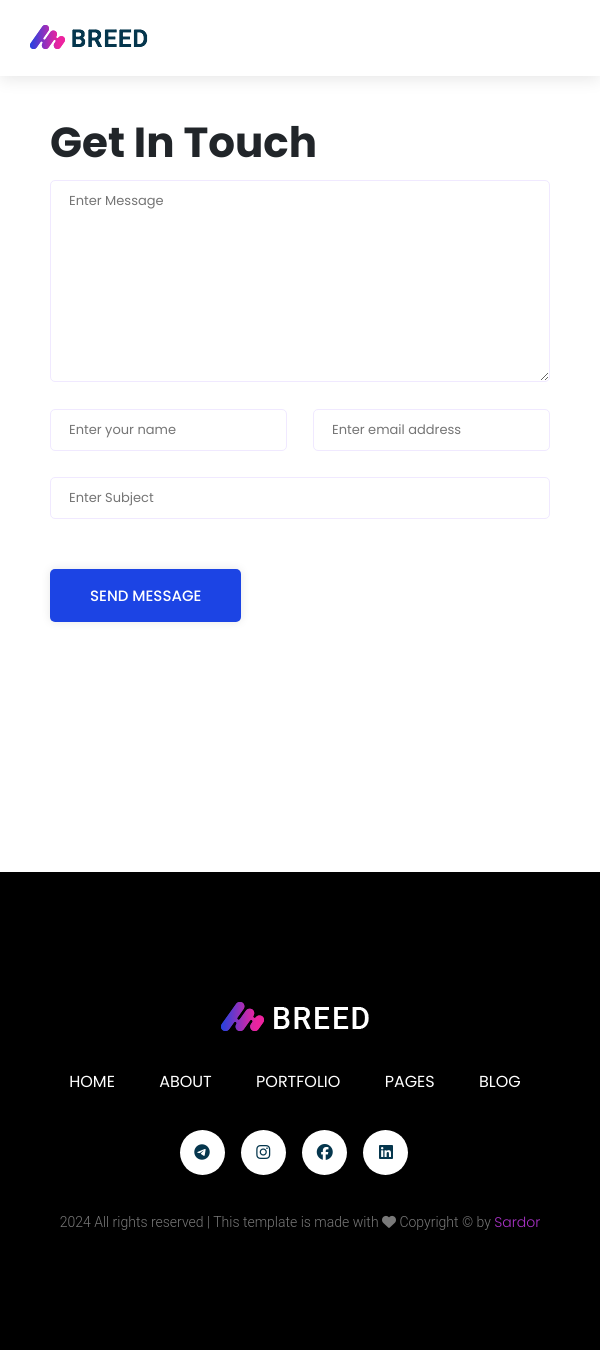
Repository: whoami2991/Sardorbek-Portfolio---Home
Page: contact.html
These files come from the project's save history. The page is drawn as it stood at one moment and after the next save; the edit follows.
The browser window is 600 px wide. The pictures show the whole page.

Above is the page before, as saved 2024-08-02 16:32:29.

### contact.html
<!DOCTYPE html>
<html lang="en">
<head>
    <meta charset="UTF-8">
    <meta name="viewport" content="width=device-width, initial-scale=1.0">
    <title>Portfolio - Contact</title>
    <link rel="stylesheet" href="shared.css">
    <link rel="stylesheet" href="contact.css">
    <link rel="stylesheet" href="https://cdnjs.cloudflare.com/ajax/libs/font-awesome/6.5.1/css/all.min.css" integrity="sha512-DTOQO9RWCH3ppGqcWaEA1BIZOC6xxalwEsw9c2QQeAIftl+Vegovlnee1c9QX4TctnWMn13TZye+giMm8e2LwA==" crossorigin="anonymous" referrerpolicy="no-referrer" />
    <link rel="icon" href="icons8-briefcase-94.png" type="image/png">
    <link href='https://unpkg.com/boxicons@2.1.4/css/boxicons.min.css' rel='stylesheet'>
</head>
<body>
    <!--Header section-->
    <header class="main-header">
        <div class="wrapper">
            <div class="brand">
                <a href="index.html">
                    <img src="logo.png" alt="logo">
                </a>
            </div>
            <nav class="main-navigation">
                <ul class="main-navigation__items">
                    <li class="main-navigation__item">
                        <a href="/index.html">Home</a>
                    </li>
                    <li class="main-navigation__item">
                        <a href="#">About</a>
                    </li>
                    <li class="main-navigation__item">
                        <a href="#">Portfolio</a>
                    </li>
                    <li class="main-navigation__item">
                        <a href="#">Pages</a>
                    </li>
                    <li class="main-navigation__item">
                        <a href="#">Blog</a>
                    </li>
                    <li class="main-navigation__item">
                        <a href="#">Contact</a>
                    </li>
                </ul>
            </nav>
        </div>
    </header>
    <div class="wrapper">
        <section class="contact">
            <div class="section-title">Get in Touch</div>
            <form action="/server.php" method="get">
                <textarea name="message" id="message" cols="30" rows="9" placeholder="Enter Message"></textarea>
                <div class="half-row contact_firstname">
                    <input type="text" placeholder="Enter your name" name="firsname">
                </div>
                <div class="half-row contact_email">
                    <input type="email" placeholder="Enter email address" name="email">
                </div>
                <input class="input_enter" type="text" placeholder="Enter Subject" name="subject">
                <button class="button to-uppercase contact_send" type="submit">Send message</button>
            </form>
        </section>
    </div>
    <!--Footer section-->
    <footer class="footer-area">
        <div class="wrapper">
            <section class="footer">
                <div class="footer-logo">
                    <a href="#">
                        <img src="logo2.png" alt="footer logo">
                    </a>
                    <div class="footer-nav">
                        <nav class="footer-main_nav">
                            <ul class="footer-main_nav-items">
                                <li class="nav-item">
                                    <a href="#">Home</a>
                                </li>
                                <li class="nav-item">
                                    <a href="#">about</a>
                                </li>
                                <li class="nav-item">
                                    <a href="#">portfolio</a>
                                </li>
                                <li class="nav-item">
                                    <a href="#">pages</a>
                                </li>
                                <li class="nav-item">
                                    <a href="#">blog</a>
                                </li>
                            </ul>
                        </nav>
                    </div>

                </div>
                <div class="footer-social">
                    <a href="https://t.me/ism018"><i class="fa-brands fa-telegram"></i></a>
                    <a href="https://www.instagram.com/imsard0r/" class="social-instagram_color"><i class="fa-brands fa-instagram"></i></a>
                    <a href="https://www.facebook.com/sardorbek.ismoilov.545/"><i class="fa-brands fa-facebook"></i></a>
                    <a href="https://www.linkedin.com/in/sardor-ismoilov/"><i class="fa-brands fa-linkedin"></i></a>
                </div>
                    <div class="footer-bottom">
                        <p class="col-lg-8 col-sm-12 footer-text"><script>document.write(new Date().getFullYear());</script> All rights reserved | This template is made with <i class="fa fa-heart" aria-hidden="true"></i>
                            Copyright © by <a href="https://t.me/ism018" target="_blank">Sardor</a>
                        </p>
                    </div>
            </section>
        </div>
    </footer>
</body>
</html>

### shared.css
@import url("https://fonts.googleapis.com/css2?family=Poppins:wght@300;400;500;600;700;800;900&display=swap");
/*===============Core styles===============*/
* {
    font-family: "Poppins", sans-serif;
    box-sizing: border-box;
}
body{

    margin: 0;
}
.wrapper{
    width: 1110px;
    margin: 0 auto;
}
.section-subtitle{
    letter-spacing: 2px;
    font-weight: 500;
    color: #797979;
    text-transform: uppercase;
    margin: 5px 0 0;
    font-size: 15px;
    font-weight: 600;
}
.section-title{
    font-size: 42px;
    font-weight: 700;
    text-transform: capitalize;
    color: #212529;
    margin: 15px 0 0 0;
    line-height: 55px;
}

.blur-line{
    display: inline-block;
    vertical-align: middle;
    margin-left: 5px;
    width: 80px;
    height: 4px;
    background: rgba(237,35,159,0.6);
    filter: blur(4px);
}
.button{
    border: none;
    background-color: #1c44e4;
    color: #fff;
    font-weight: 500;
    font-size: 15px;
    padding: 15px 40px;
    cursor: pointer;
    border-radius: 5px;
    box-shadow: 0 0 10px rgba(0, 0, 0, 0.1);
    -webkit-transition-duration: 0.3;
    transition-duration: 0.3;
    -webkit-transition-property: box-shadow, transform;
    transition-property: box-shadow, transform;
}
.button:hover, .button:focus, button:active{
    box-shadow: 0 0 20px rgba(0, 0, 0, 0.5);
    -webkit-transform: scale(1.1);
    transform: scale(1.1);
}
.to-uppercase{
    text-transform: uppercase;
}
.clearfix{
    clear: both;
}
/*===============Header styles==============*/
.main-header{
    position: fixed;
    z-index: 10;
    background-color: #fff;
    width: 100%;
    top: 0;
    left: 0;
    box-shadow: 0px 3px 16px 0px rgb(0 0 0 / 10%);
}
.brand {
    display: inline-block;
    margin-top: 25px;
    border-style: none;
    margin-right: 60px;
}
.main-navigation{
    display: inline-block;
    vertical-align: top;
    padding-top: 5px;
}
.main-navigation__item{
    display: inline-block;
    padding: 5px 15px;
}
.main-navigation__item a{
    color: #05364D;
    text-decoration: none;
    font-weight: 500;
    text-transform: uppercase;
    transition: 0.5s;
}
.main-navigation__item a:hover{
    color: #1c44e4;
}
/*==============Footer section styles=================*/
.footer-area{
    margin-top: 150px;
    padding-top: 130px;
    background-color: #000;
}
.footer-logo{
    text-align: center;
    display: block;
    margin-left: -10px;
}
.footer-nav{
    padding-top: 15px;
}
.footer-main_nav{
    text-decoration: none;
    margin-left: -40px;
}
.footer-main_nav-items{
    list-style: none;
    display: inline-block;
}
.footer-main_nav-items li{
    display: inline-block;
    padding: 0 20px 0;
}
.footer-main_nav-items a{
    display: inline-block;
    text-transform: uppercase;
    text-decoration: none;
    color: #fff;
}
.footer-social {
    padding: 20px;
    align-items: center;
    text-align: center;
}
.footer-social a{
    display: inline-block;
    width: 45px;
    height: 45px;
    line-height: 45px;
    text-align: center;
    background: #ffffff;
    border-radius: 36px;
    color: #05364d;
    font-size: 16px;
    margin-right: 12px
}
.footer-social a:hover{
    transition: 0.4s;
    background: linear-gradient(90deg, #1345e6 0%, #ed239f 100%);
    color: #fff;
}
.footer-bottom{
    padding-top: 0px;
    padding-bottom: 100px;
}
.footer-bottom p{
    text-align: center;
    font-size: 14px;
    line-height: 27px;
    font-weight: 300;
    font-family: "Roboto",sans-serif;
    color: #797979;
}
.footer-bottom a{
    color: #a932c7;
    text-decoration: none;
}

@media only screen and (max-width: 767px) {
    .wrapper{
        width: 90%;
    }
    .main-navigation{
        display: none;
    }
    .brand{
        margin-bottom: 20px;
    }
}

### contact.css
.contact{
    padding: 100px 20px;
}
textarea, input{
    width: 100%;
    padding: 10px;
    margin-bottom: 10px;
    margin-top: 10px;
    border: 1px solid #f0e9ff;
    border-radius: 5px;
    padding-left: 18px;
    font-size: 13px;
    background: transparent;
    color: #495057;
}
.input_enter{
    margin-top: 16px;
}
textarea:focus,
input:focus{
    outline: 0;
}
.half-row{
    width: 50%;
    float: left;
    box-sizing: border-box;
}
.contact_firstname{
    padding-right: 13px;
}
.contact_email{
    padding-left: 13px;
}
.contact_send{
    margin-top: 40px;

}

After the next save:
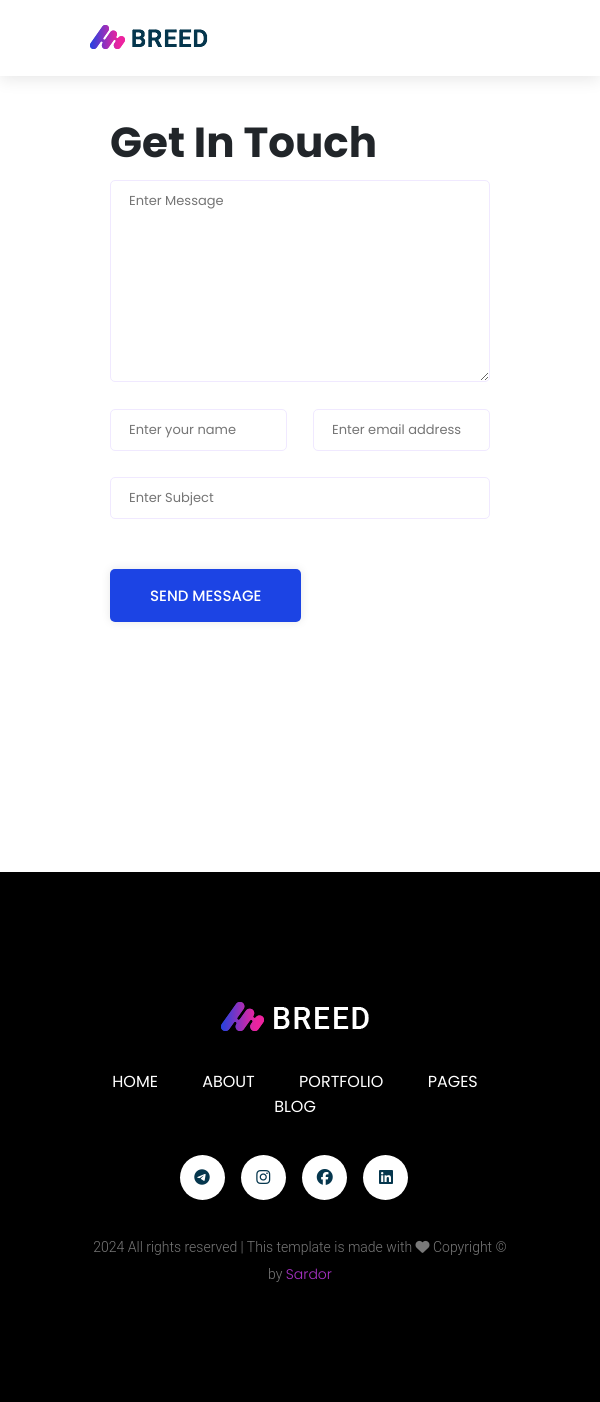
Saved 14 s later.
--- a/shared.css
+++ b/shared.css
@@ -173,7 +173,7 @@ body{
 
 @media only screen and (max-width: 767px) {
     .wrapper{
-        width: 90%;
+        width: 70%;
     }
     .main-navigation{
         display: none;
